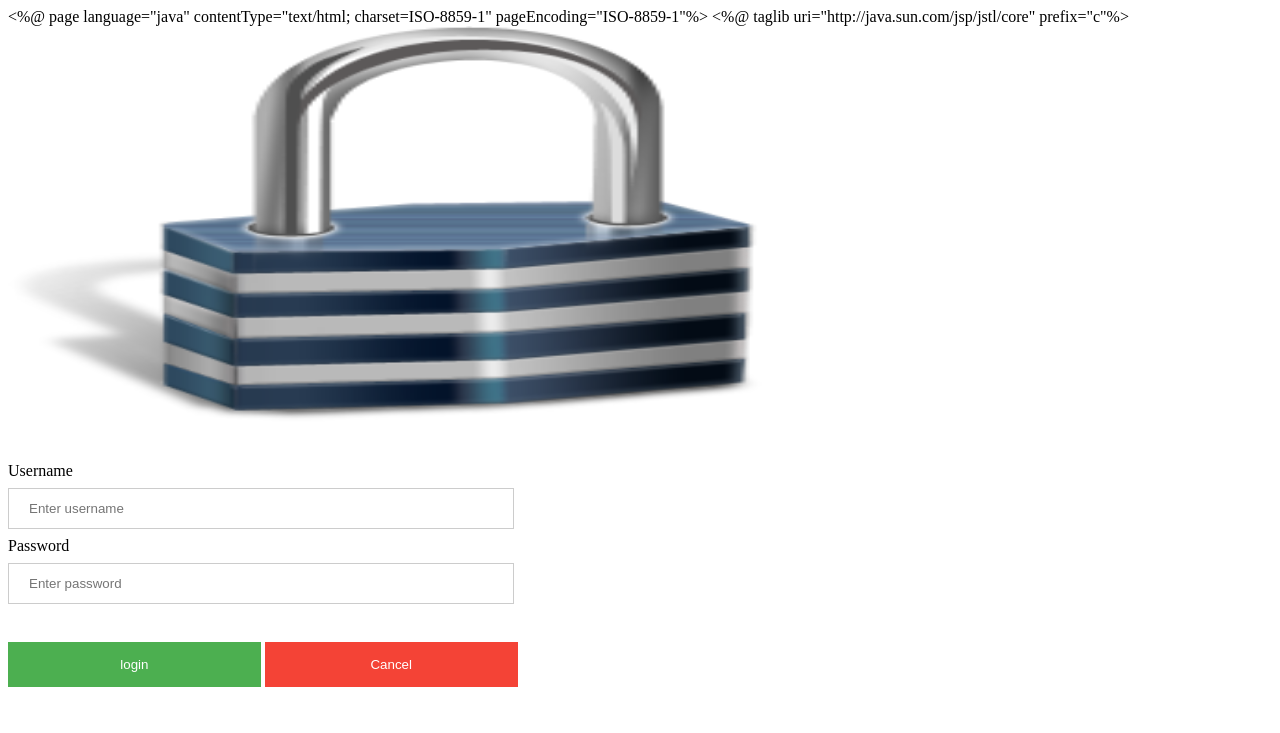
Repository: SwapnilYeldi/Project-2
Page: frontend/WebContent/views/login.html
An editor plug-in stored every save of this project. The page is shown before and after the next save, followed by the edit.
The browser window is 1280 px wide. The pictures show the whole page.

Above is the page before, as saved 2017-07-17 16:27:23.

### frontend/WebContent/views/login.html
<%@ page language="java" contentType="text/html; charset=ISO-8859-1"
    pageEncoding="ISO-8859-1"%>
    <%@ taglib uri="http://java.sun.com/jsp/jstl/core" prefix="c"%>
<!DOCTYPE html PUBLIC "-//W3C//DTD HTML 4.01 Transitional//EN" "http://www.w3.org/TR/html4/loose.dtd">
<html>
<head>
<meta http-equiv="Content-Type" content="text/html; charset=ISO-8859-1">
<title>Insert title here</title>
<jsp:include page="navbar.jsp"></jsp:include>
</head>
<style>
 input[type=text], input[type=password] {
    width: 40%;
    padding: 12px 20px;
    margin: 8px 0;
    display: inline-block;
    border: 1px solid #ccc;
    box-sizing: border-box;

    }

.cancelbtn {
color: white;
    padding: 15px 50px;
    margin: 30px 0;
    border: none;
    cursor: pointer;
   background-color: #f44336;
    width:20%;

}
div.gallery img {
    width: 70%;
    height: 400px;

}
.signupbtn {
color: white;
    padding: 15px 50px;
    margin: 30px 0;
    border: none;
    cursor: pointer;
background-color: #4CAF50;
    float: center;
    width: 20%;
}
</style>

<!-- <body background ="resources\image\login.jpg"> -->

<form action="perform_login" method="post">

<div class="row">
<div class="col-md-6">
<div class="gallery">
  <img src="resources\image\Lock.png">
</div>
</div>
<div class="col-md-6">
<div class="container">

  <br><br>
				<label for="name">Username</label><br>
				<input type="text" name="username" placeholder="Enter username" required />&nbsp;&nbsp;&nbsp;
			<br>
				<label for="password">Password</label><br>
				<input type="password" name="password"  placeholder="Enter password"  required /><br>



				<input type="submit" class="signupbtn"  value="login">
				<input type="button" class="cancelbtn" value="Cancel">&nbsp;&nbsp;&nbsp;
				<!-- <input type="hidden" name="${_csrf.parameterName}" value="${_csrf.token}" /><br>
				<h4><b><u><a href="newregistration">New to C-Kart? Sign up</a></u></b></h4>
				<h6><a href="forgotpass">forgot password?</a></h6> -->

		</div>
		</div>
		</div>


	</form>
</body>
</html>




<!-- <div>
{{message}}
{{error.message}}

<form class="form-horizontal" style="align: center;">

<div  class="form-group">
<label class="control-label col-sm-2">
Enter Username: </label>
 <div class="col-sm-2">
<input type="text" class="form-control" ng-model="user.username"  placeholder="Enter username here"></div><br><br>
Enter Password <input type="password" ng-model="user.password"  placeholder="Enter password here"><br><br>
<input type="submit" value="login" ng-click="login()">

</div>

</form>
</div> -->

After the next save:
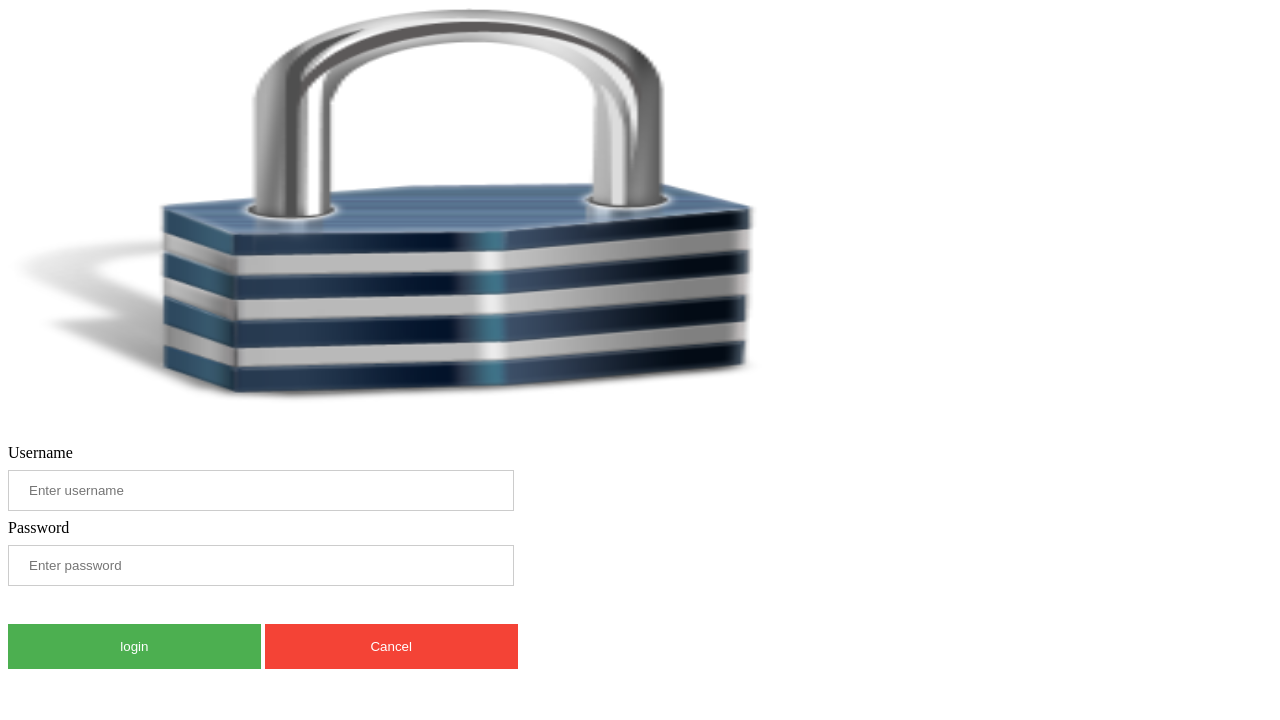
Saved 81 s later.
--- a/frontend/WebContent/views/login.html
+++ b/frontend/WebContent/views/login.html
@@ -1,6 +1,4 @@
-<%@ page language="java" contentType="text/html; charset=ISO-8859-1"
-    pageEncoding="ISO-8859-1"%>
-    <%@ taglib uri="http://java.sun.com/jsp/jstl/core" prefix="c"%>
+
 <!DOCTYPE html PUBLIC "-//W3C//DTD HTML 4.01 Transitional//EN" "http://www.w3.org/TR/html4/loose.dtd">
 <html>
 <head>
